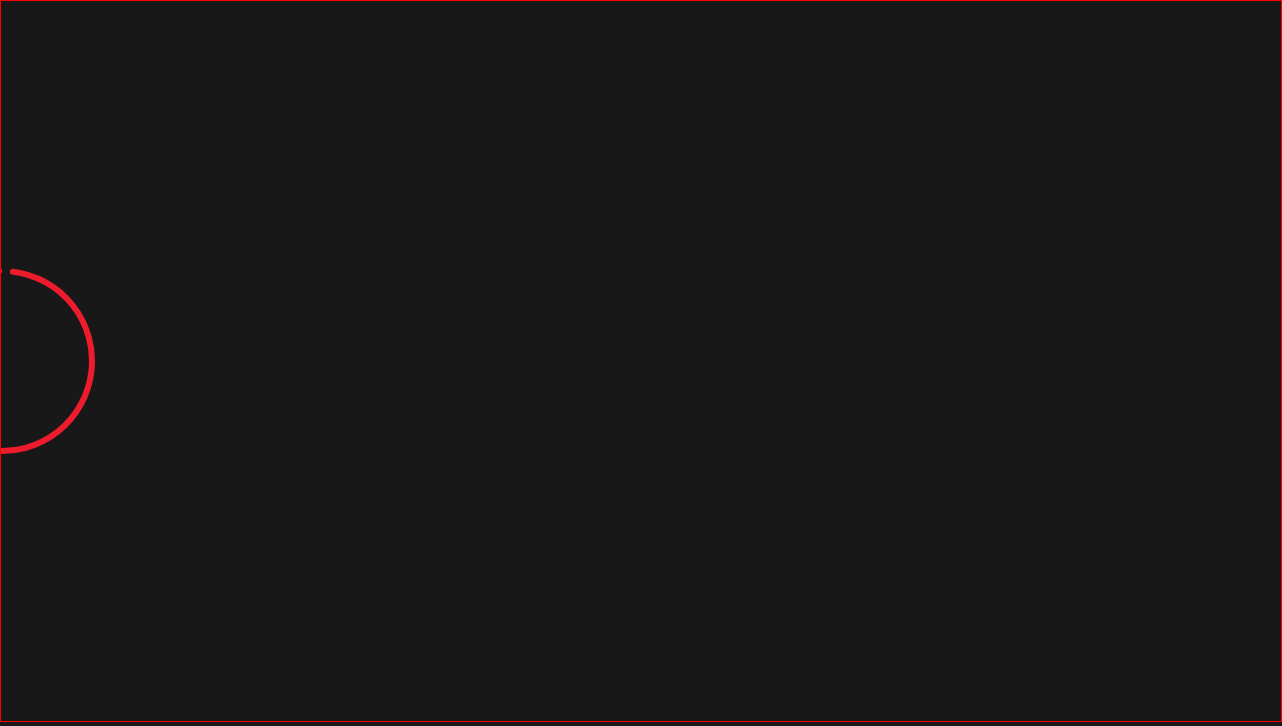
Repository: randy918/chris-canvas-52323
Page: index.html
An editor plug-in stored every save of this project. The page is shown before and after a run of saves, followed by the edit.
The browser window is 1280 px wide. The page is 1282 px wide, so the pictures cover 1282 px, including what lies to the right of the window. The pictures show the whole page.
The style sheet was rebuilt from its Sass, Less or Tailwind sources for each picture, by a compiler version that may differ from the author's.

Above is the page before, as saved 2023-05-26 18:15:34.

### index.html
<!DOCTYPE html>
<html lang="en">
	<head>
		<meta charset="UTF-8" />
		<meta http-equiv="X-UA-Compatible" content="IE=edge" />
		<meta
			name="viewport"
			content="width=device-width, initial-scale=1.0"
		/>
		<link
			rel="stylesheet"
			href="css/main.css"
			<script
			src="https://ajax.googleapis.com/ajax/libs/jquery/3.6.3/jquery.min.js"
			defer
		/>

		<title>Canvas Resize</title>
	</head>

	<body>
		<canvas></canvas>

		<script src="js/myfunctions.js"></script>
		<script src="js/canvas.js"></script>
	</body>
</html>

<!-- ca1f26ba6eb2ba4fb641257b39d3bea7 -->

### js/myfunctions.js
//todo   function r(min, max)  Random integers, can be just 'max'
//todo   function getTime()--works! it is 72519.1414 format
//todo   function getCompleteDate()
//todo   function getMinute()
//todo   function getHour()
//todo   function getHour00()
//todo   function get24Hour()
//todo   function get24Hour00()
//todo   function getDay()
//todo   function getDay00()
//todo   function getMonth()
//todo   function getMonth00()
//todo   function getYear()
//todo   function getYear00()
//todo   function t()    eternal timestamp long number
//todo   function placeText(myIdClass, text)   unsure if it works?
//todo   function placeText2(myIdClass, text)   unsure if it works?
//todo   function getText(myIdClass)....brings whole line incl. tags
//todo   function getInnerText(myIdClass)
//todo   function getOuterText(myIdClass)
//todo   function addClass(myIdClass, newClass)
//todo   function removeClass(myIdClass, removeClass)
//todo   function changeBackgroundColor(myIdClass, color)
//todo   function changeTypeColor(myIdClass, color)
//todo   function changeTypeSize(myIdClass, size)
//todo   function addCSSText(myIdClass, text)



function r(min, max) {
  // 2.0, accepts single value for 1-x
  if (max === undefined) {
    max = min;
    min = 1;
  }
  const randomNumber = min - 1 + Math.ceil(Math.random() * (max + 1 - min));
  return randomNumber;
}
// may not be a real function
function getTime() {
  var today = new Date();
  var codeMonth = today.getMonth() + 1;
  var codeDay = today.getDate();
  if (codeDay < 10) {
    codeDay = "0" + codeDay;
  }
  var codeMinute = today.getMinutes();
  var codeHour = today.getHours();
  if (codeMinute < 10) {
    codeMinute = "0" + codeMinute;
  }
  if (codeHour < 10) {
    codeHour = "0" + codeHour;
  }
  var codeYear = today.getFullYear() - 2000;
  var dateTime =
    codeMonth + "" + codeDay + "" + codeYear + "." + codeHour + "" + codeMinute;
  // document.getElementById(`timeStamp`).innerHTML = dateTime;
  t = setTimeout(function () {
    getTime();
  }, 30000);
  return dateTime;
}

function getCompleteDate() {
  const today = new Date();
  return today;
}

function getMinute() {
  const today = new Date();
  const codeMinute = today.getMinutes();
  if (codeMinute < 10) {
    codeMinute = "0" + codeMinute;
  }
  return codeMinute;
}

function getMinute00() {
  const today = new Date();
  let codeMinute = today.getMinutes();
  if (codeMinute < 10) {
    codeMinute = "0" + codeMinute;
  }
  return codeMinute;
}

function getHour() {
  const today = new Date();
  let codeHour = today.getHours();
  if (codeHour > 12) {
    codeHour = codeHour - 12;
  }
  return codeHour;
}

function getAmPm() {
  let amPm = "am";
  const today = new Date();
  let codeHour = today.getHours();
  if (codeHour > 12) {
    amPm = "pm";
  }
  return amPm;
}

function getHour00() {
  const today = new Date();
  const codeHour = today.getHours();
  if (codeHour > 12) {
    codeHour = codeHour - 12;
  }
  if (codeHour < 10) {
    codeHour = "0" + codeHour;
  }
  return codeHour;
}

function get24Hour() {
  const today = new Date();
  const codeHour = today.getHours();
  return codeHour;
}

function get24Hour00() {
  const today = new Date();
  const codeHour = today.getHours();
  if (codeHour < 10) {
    codeHour = "0" + codeHour;
  }
  return codeHour;
}

function getDayVerbal() {
  const today = new Date();
  const codeDay = today.getDay() + 1;
  return theDay[codeDay];
}

function getDay00() {
  const today = new Date();
  const codeDay = today.getDate();
  if (codeDay < 10) {
    codeDay = "0" + codeDay;
  }
  return codeDay;
}

function getDay() {
  const today = new Date();
  const codeDay = today.getDate();
  return codeDay;
}

function getMonthVerbal() {
  const today = new Date();
  const codeMonth = today.getMonth() + 1;
  return theMonth[codeMonth];
}

function getMonth00() {
  const today = new Date();
  const codeMonth = today.getMonth() + 1;
  if (codeMonth < 10) {
    codeMonth = "0" + codeMonth;
  }
  return codeMonth;
}

function getMonth() {
  const today = new Date();
  const codeMonth = today.getMonth() + 1;
  return codeMonth;
}

function getYear00() {
  const today = new Date();
  const codeYear = today.getYear() - 100;
  if (codeYear < 10) {
    codeMYear = "0" + codeYear;
  }
  return codeYear;
}

function getYear() {
  const today = new Date();
  const codeYear = today.getYear() + 1900;
  return codeYear;
}

function t() {
  const now = new Date();
  eventTimestamp = now.getTime();
  // c(eventTimestamp);
  return eventTimestamp;
}
//    !  72419.1659 DOM MANIPULATION
//!
//!  placeText   element name, and text to put there--runs loosely?

function placeText(myIdClass, text) {
  const myElement = document.querySelector(myIdClass);
  myElement.innerText = text;
}
//    the function is longer than the original
// $(myIdClass).text(text)   <---works
function placeText2(myIdClass, text) {
  $(myIdClass).text(text);
}
function getText(myIdClass) {
  return document.querySelector(myIdClass);
}

function getInnerText(myIdClass) {
  return document.querySelector(myIdClass).innerHTML;
}

function getOuterText(myIdClass) {
  return document.querySelector(myIdClass).outerHTML;
}

function addClass(myIdClass, newClass) {
  document.querySelector(myIdClass).classList.add(newClass);
}

function removeClass(myIdClass, removeClass) {
  document.querySelector(myIdClass).classList.remove(removeClass);
}
// not sure what this one is for now
function containsClass(myIdClass, containsClass) {
  document.querySelector(myIdClass).classList.contains(containsClass);
}
// above, can switch and toggle  also  mmtuts YOUTUBE 29-31 USING JAVASCRIPT
function changeBackgroundColor(myId, color) {
  document.getElementById(myId).style.background = color;

  // document.querySelector(myIdClass).style.backgroundColor = color;
}

function changeTypeColor(myIdClass, color) {
  document.querySelector(myIdClass).style.color = color;
}

function changeTypeSize(myIdClass, size) {
  document.querySelector(myIdClass).style.fontSize = size;
}

function addCSSText(myIdClass, text) {
  document.querySelector(myIdClass).style.cssText = text;
}

//!  72519.1714    Common Basic VARIABLE ARRAYS
var theDay = new Array(
  "Zero",
  "Sunday",
  "Monday",
  "Tuesday",
  "Wednesday",
  "Thursday",
  "Friday",
  "Saturday"
);
var theDayMin3 = new Array(
  "Zero",
  "Sun.",
  "Mon.",
  "Tues.",
  "Wed.",
  "Thurs.",
  "Fri.",
  "Sat."
);
var theDayMin2 = new Array("Zero", "S", "M", "Tu", "W", "Th", "F", "S");
var theDayMin1 = new Array("Zero", "S", "M", "T", "W", "T", "F", "S");
var theMonth = new Array(
  "Zero",
  "January",
  "February",
  "March",
  "April",
  "May",
  "June",
  "July",
  "August",
  "September",
  "October",
  "November",
  "December"
);
var theMonthMin = new Array(
  "Zero",
  "Jan.",
  "Feb.",
  "Mar.",
  "Apr.",
  "May",
  "June",
  "July",
  "Aug.",
  "Sept.",
  "Oct.",
  "Nov.",
  "Dec."
);

function showDateTimeFormat() {
  const today = new Date();
  const formattedDate = new Intl.DateTimeFormat("en-US").format(today);
  const consoleFunctioningMessage = `
Console functioning: ${getDayVerbal()}, ${getMonthVerbal()} ${getDay()} at ${getHour()}:${getMinute00()}${getAmPm()}
  `;
  return consoleFunctioningMessage;
}
showDateTimeFormat();

console.log(`%c${showDateTimeFormat()}`, "font-size: 20px; color: gray");

//console.log("%cThis is a default font style", "color: blue; font-size: 20px");

### js/canvas.js
//!  121822.0826        FUNCTIONS

const init = function () {
	main();
};

window.onload = function () {
	init();
};

//!  123122.1839        MAIN================================================

const main = function () {
	//!  10123.1609  variables

	const canvas = document.querySelector("canvas");
	canvas.width = window.innerWidth;
	canvas.height = window.innerHeight;

	let defaultX = canvas.width / 2;
    let defaultY = canvas.height / 2;

    let dx = 1;


	const DEFAULTWIDTH = 200;
	const DEFAULTHEIGHT = 200;
	const DEFAULTSTROKEWIDTH = 6;

	let defaultWidth = DEFAULTWIDTH;
	let defaultHeight = DEFAULTHEIGHT;
	let defaultStrokeWidth = DEFAULTSTROKEWIDTH;

	const c = canvas.getContext("2d");

	//!  10123.1609 functions

	//!  10123.1609 LIBRARY

	const c_Animate = function () {
        requestAnimationFrame(c_Animate);
        c.clearRect(0, 0, innerWidth, innerHeight);

        c_Circle(defaultX, defaultY, 90);
        defaultX = +dx;


	};

	const c_Circle = function (
		defaultX,
		defaultY,
		size,
		defaultHeight
	) {
		c.beginPath();
		c.arc(defaultX, defaultY, size, -1.45, 1.49 * Math.PI);
		c.stroke();
	};

	const c_Fill = function (color, size) {
		c.fillStyle = color;
	};

	const c_Square = function (defaultX, defaultY, size) {
		c.beginPath();
		c.fillRect(
			defaultX - size / 2,
			defaultY - size / 2,
			size,
			size
		);
		c.stroke();
	};

	const c_Stroke = function (color, size) {
		c.strokeStyle = color;
		c.lineWidth = defaultStrokeWidth;
        c.lineCap = "round";

	};

	//!  10123.161 0  main body=========================================

	//line
	c_Stroke("#ed1c2c");
	c_Circle(defaultX, defaultY, 90);
	c_Fill("#05b500");
	c_Square(defaultX, defaultY, 90);
	c_Animate();
};

//!  123122.1839  END

### css/main.scss
$colors: (
    bg: rgba(55, 66, 76, 1),
    theGreen: rgba(0, 173, 43, 1),
    theRed: rgba(194, 47, 51, 1),
    theOrange: rgba(255, 103, 0, 1),
    theRodeoPink: #f1a1a4,
    theRodeoBlue: #7f86b0,
    theYellow: rgb(221, 172, 94),
    theGray: rgb(78, 92, 107),
    theBackground: rgba(241, 227, 214, 1),
    theDarkGray: rgba(43, 50, 56, 1),
    theBrown: rgba(101, 42, 36, 1),
    bitByBitRed: rgba(240, 44, 80, 1),
    bitByBitBlue: rgba(0, 79, 136, 1),
    bitByBitBlonde: rgba(241, 227, 214, 1),
    bbb2-TranquilSea: rgba(188, 199, 203, 1),
    bbb2-RedMyMind: rgba(143, 57, 56, 1),
    bbb2-SnowyPine: rgba(226, 223, 216, 1),
    bbb2-Basswood: rgba(188, 166, 142, 1),
    bbb2-CompassBlue: rgba(51, 66, 87, 1),
    f1: rgba(237, 28, 44, 1),
    f2: rgba(240, 87, 35, 1),
    f3: rgba(242, 203, 21, 1),
    f4: rgba(5, 181, 0, 1),
    f5: rgba(0, 29, 150, 1),
    f6: rgba(50, 50, 50, 1),
    f7: rgba(36, 36, 36, 1),
    f8: rgba(24, 24, 24, 1),
);

@function getColor($color-name) {
    @return map-get($colors, $color-name);
}

* {
    box-sizing: border-box;
    border: none;
}

body {
    color: getColor(bbb2-TranquilSea);
    background: getColor(f8);
    margin: 0;
}

h1 {
}

#inputValue {
    width: 40vw;
    font-size: 2vw;
    outline: none;
}

#search {
    color: beige;
    background-color: getColor(theDarkGray);
    outline: none;
    font-size: 2vw;
}

canvas {
    border: 1px solid red;
}

After the next 2 saves:
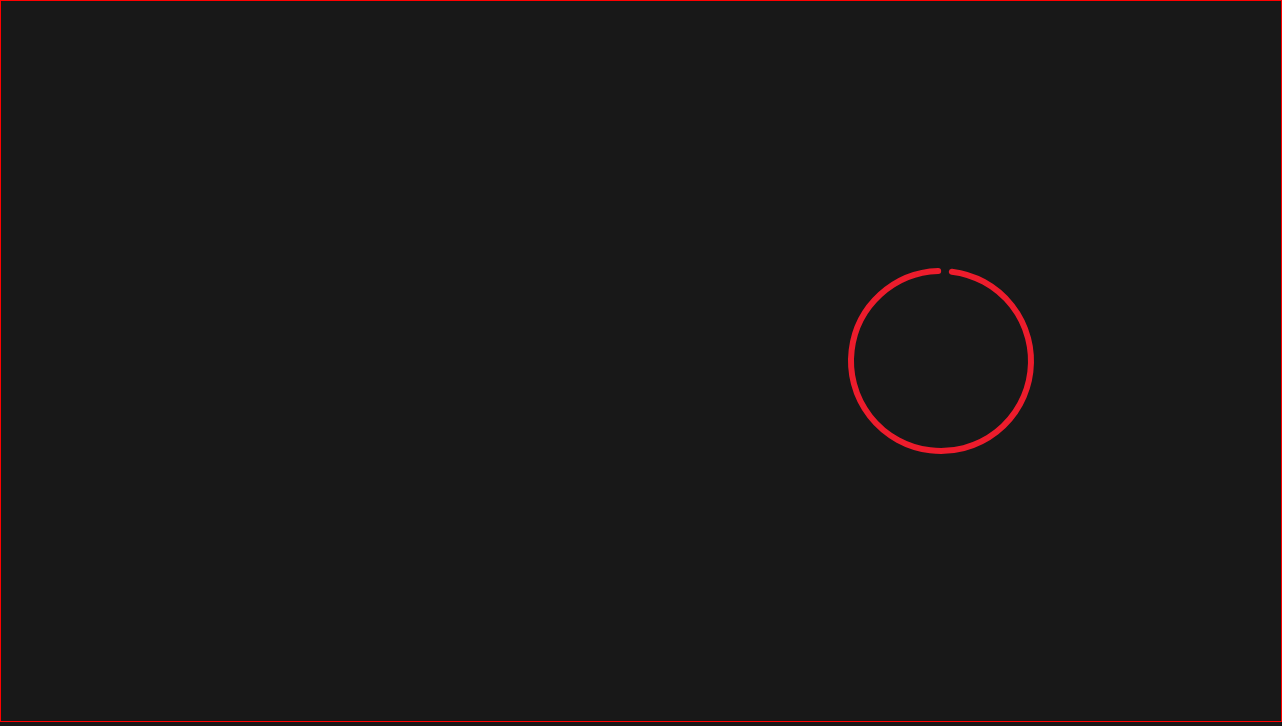
The 2 saves are shown as one change because they came seconds apart.
The last was saved 12 s later.
--- a/js/canvas.js
+++ b/js/canvas.js
@@ -42,7 +42,7 @@ const main = function () {
         c.clearRect(0, 0, innerWidth, innerHeight);
 
         c_Circle(defaultX, defaultY, 90);
-        defaultX = +dx;
+        defaultX +=dx;
 
 
 	};
